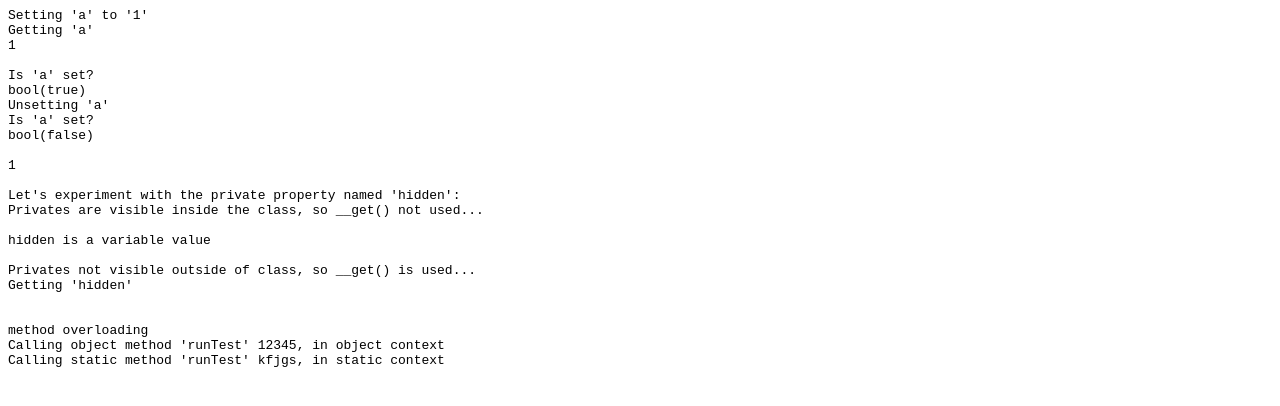
Repository: jyotsna1234/bugappmvc
Page: http://localhost/overloading.php
The author's editor kept a copy of each file at every save. The page is drawn from the files as they stood at one save, then again after the next save.
The browser window is 1280 px wide. The pictures show the whole page.
The page is run by PHP 8.4 with error messages shown; the project is at /var/www/html/.

Above is the page before, as saved 2014-04-09 04:17:10.

### oops_php/overloading.php
<?php

 ini_set('displayerror', 1);

class PropertyTest
{
    /**  Location for overloaded data.  */
    private $data = array();

    /**  Overloading not used on declared properties.  */
    public $declared = 1;

    /**  Overloading only used on this when accessed outside the class.  */
    private $hidden = 'hidden';

    public function __set($name, $value)
    {
        echo "Setting '$name' to '$value'\n";
        $this->data[$name] = $value;
    }

    public function __get($name)
    {
        echo "Getting '$name'\n";
        if (array_key_exists($name, $this->data)) {
            return $this->data[$name];
        }

        return null;
    }

    /**  As of PHP 5.1.0  */
    public function __isset($name)
    {
        echo "Is '$name' set?\n";
        return isset($this->data[$name]);
    }

    /**  As of PHP 5.1.0  */
    public function __unset($name)
    {
        echo "Unsetting '$name'\n";
        unset($this->data[$name]);
    }

    /**  Not a magic method, just here for example.  */
    public function getHidden()
    {
        return $this->hidden;
    }
}

echo "<pre>\n";

$obj = new PropertyTest;

$obj->a = 1;
echo $obj->a . "\n\n";

var_dump(isset($obj->a));
unset($obj->a);
var_dump(isset($obj->a));
echo "\n";

echo $obj->declared . "\n\n";

echo "Let's experiment with the private property named 'hidden':\n";
echo "Privates are visible inside the class, so __get() not used...\n<br>";
echo $obj->getHidden() .  " is a variable value"."\n<br>";
echo "Privates not visible outside of class, so __get() is used...\n";
echo $obj->hidden . "\n\n";

 echo "method overloading\n";


class MethodTest
{
    public function __call($name, $arguments)
    {
        // Note: value of $name is case sensitive.
        echo "Calling object method '$name' "
             . implode(', ', $arguments). "\n";
    }

    /**  As of PHP 5.3.0  */
    public static function __callStatic($name, $arguments)
    {
        // Note: value of $name is case sensitive.
        echo "Calling static method '$name' "
             . implode(', ', $arguments). "\n";
    }
}

$obj = new MethodTest;
$obj->runTest('12345','in object context');

MethodTest::runTest('kfjgs','in static context');  // As of PHP 5.3.0





/*function overloading is not possible but ic an be done through call and call_static
 * class Overloading  {
	var $data;
	var $value;
	public function method1()
	{
	echo "enterd into method";

	}

}
$overload1=new Overloading();

  $overload1->method1();

 $overload1->method1('name','dale');

*/
?>

After the next save:
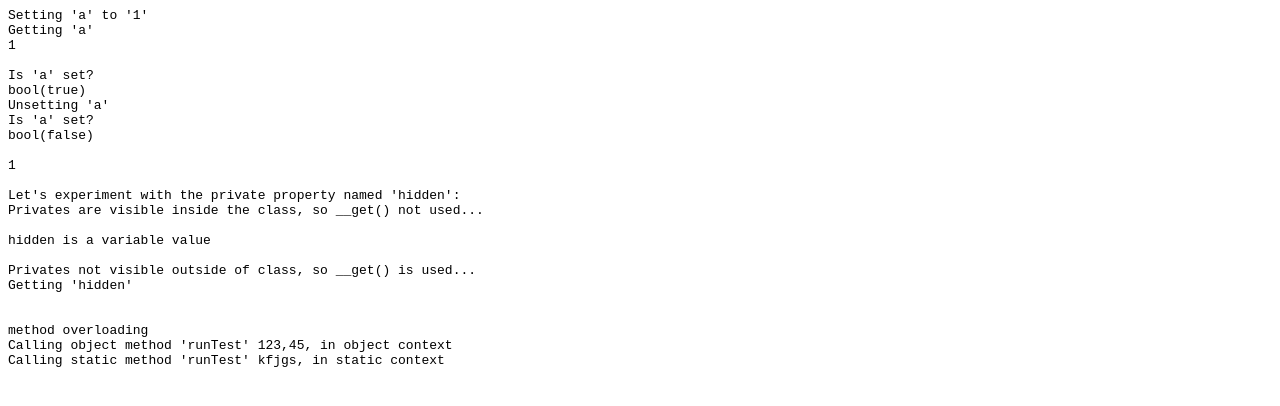
Saved 16 s later.
--- a/oops_php/overloading.php
+++ b/oops_php/overloading.php
@@ -92,7 +92,7 @@ class MethodTest
 }
 
 $obj = new MethodTest;
-$obj->runTest('12345','in object context');
+$obj->runTest('123,45','in object context');
 
 MethodTest::runTest('kfjgs','in static context');  // As of PHP 5.3.0
 
